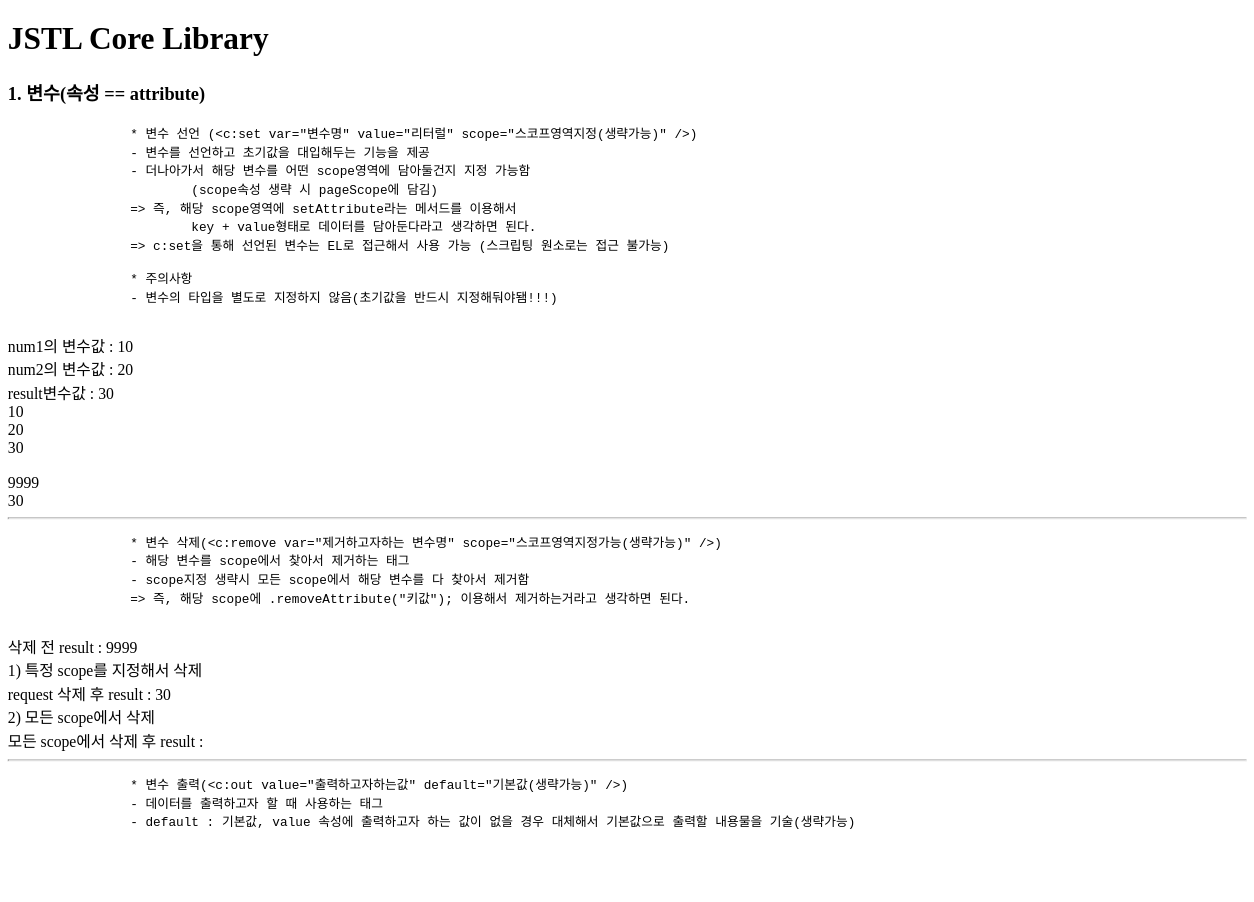
Repository: DonghwanSon1/ajax-jsp-study
Page: http://localhost/ActionProject/views/3_CustomAction/01_core.jsp
An editor plug-in stored every save of this project. The page is shown before and after the next save, followed by the edit.
The browser window is 1280 px wide. The pictures show the whole page, at 98% of full size.
The page is served by Tomcat 9. Other server files are loaded and not shown.

Above is the page before, as saved 2022-07-12 06:50:23.

### ActionProject/WebContent/views/3_CustomAction/01_core.jsp
<%@ page language="java" contentType="text/html; charset=UTF-8"
    pageEncoding="UTF-8"%>
<%@ taglib prefix="c" uri="http://java.sun.com/jsp/jstl/core" %>
<!DOCTYPE html>
<html>
<head>
<meta charset="UTF-8">
<title>정말 중요한 core 페이지</title>
</head>
<body>


	<h1>JSTL Core Library</h1>

	<h3>1. 변수(속성 == attribute)</h3>

	<pre>
		* 변수 선언 (&lt;c:set var="변수명" value="리터럴" scope="스코프영역지정(생략가능)" /&gt;)
		- 변수를 선언하고 초기값을 대입해두는 기능을 제공
		- 더나아가서 해당 변수를 어떤 scope영역에 담아둘건지 지정 가능함
			(scope속성 생략 시 pageScope에 담김)
		=> 즉, 해당 scope영역에 setAttribute라는 메서드를 이용해서
			key + value형태로 데이터를 담아둔다라고 생각하면 된다.
		=> c:set을 통해 선언된 변수는 EL로 접근해서 사용 가능 (스크립팅 원소로는 접근 불가능)

		* 주의사항
		- 변수의 타입을 별도로 지정하지 않음(초기값을 반드시 지정해둬야됌!!!)
	</pre>

	<c:set var="num1" value="10"></c:set> <!-- pageScope에 담김 pageContext.setAttribute("num1", "10"); -->
	<c:set var="num2" value="20" scope="request"></c:set> <!-- requestScope에 담김 request.setAttribute("num2", "20"); -->

	num1의 변수값 : ${ num1 } <br>
	num2의 변수값 : ${ num2 } <br>

	<c:set var="result" value="${ num1 + num2 }" scope="session"></c:set>

	result변수값 : ${ result } <br>

	<!--
		변수명만 제시하면 공유범위가 작은 곳에서부터 찾음
		: 티가 나지는 않지만 속도가 느려질수도 있다.(스코프영역.변수명 을 권장)
	 -->

	${ pageScope.num1 } <br>
	${ requestScope.num2 } <br>
	${ sessionScope.result } <br><br>

	<c:set var="result" scope="request"	>9999</c:set>
	<!-- value속성 말고 시작태그와 종료태그 사이에도 대입할 값을 기술 가능 -->

	${ requestScope.result } <br>
	${ sessionScope.result } <br>

	<hr>

	<pre>
		* 변수 삭제(&lt;c:remove var="제거하고자하는 변수명" scope="스코프영역지정가능(생략가능)" /&gt;)
		- 해당 변수를 scope에서 찾아서 제거하는 태그
		- scope지정 생략시 모든 scope에서 해당 변수를 다 찾아서 제거함
		=> 즉, 해당 scope에 .removeAttribute("키값"); 이용해서 제거하는거라고 생각하면 된다.
	</pre>

	삭제 전 result : ${ result } <br>
	1) 특정 scope를 지정해서 삭제 <br>
	<c:remove var="result" scope="request" />

	request 삭제 후 result : ${ result } <br>

	2) 모든 scope에서 삭제 <br>
	<c:remove var="result" />
	모든 scope에서 삭제 후 result : ${ result } <br>

	<hr>

	<pre>
		* 변수 출력(&lt;c:out value="출력하고자하는값" default="기본값(생략가능)" /&gt;)
		- 데이터를 출력하고자 할 때 사용하는 태그
		- default : 기본값, value 속성에 출력하고자 하는 값이 없을 경우 대체해서 기본값으로 출력할 내용물을 기술(생략가능)



	</pre>











</body>
</html>

After the next save:
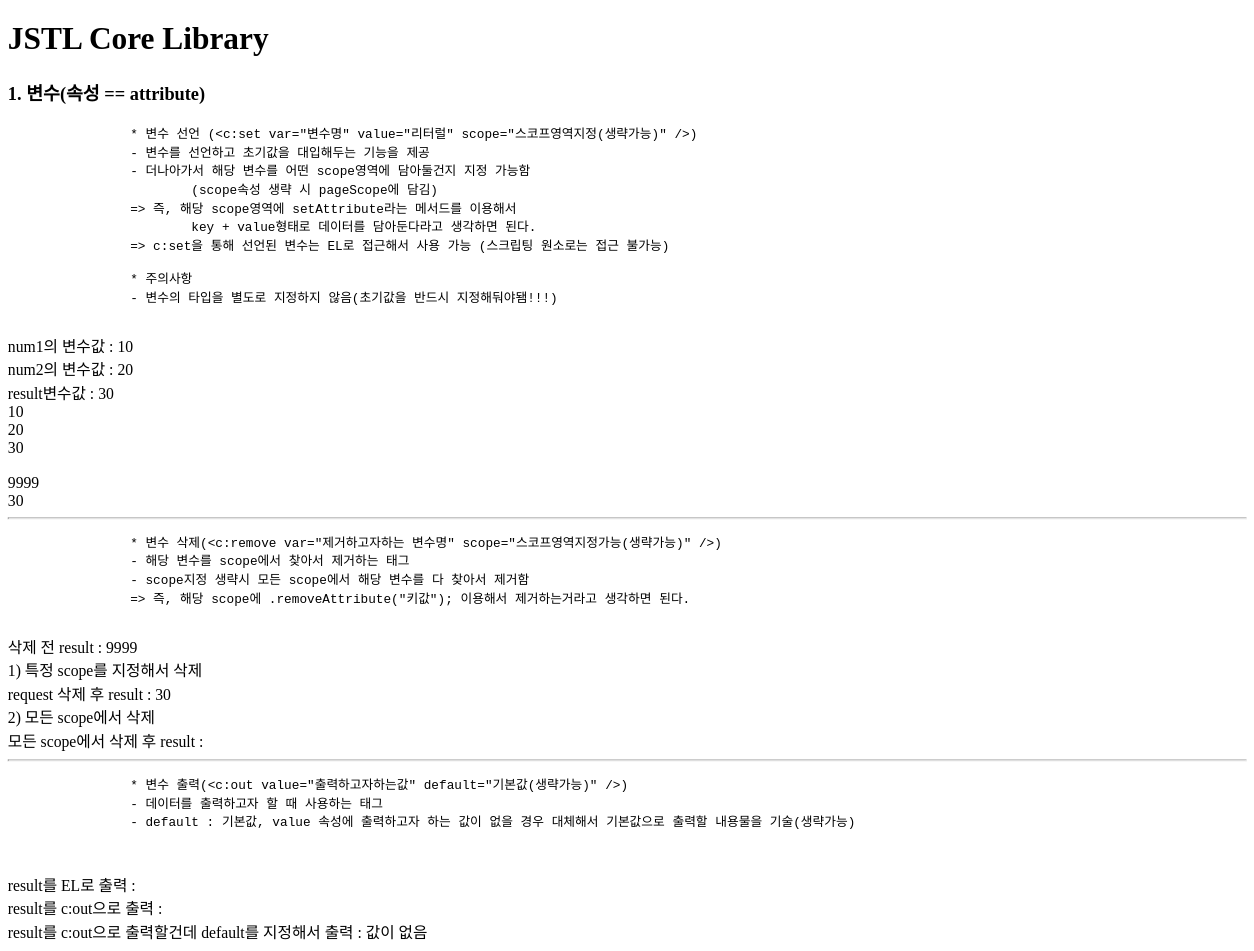
Saved 107 s later.
--- a/ActionProject/WebContent/views/3_CustomAction/01_core.jsp
+++ b/ActionProject/WebContent/views/3_CustomAction/01_core.jsp
@@ -78,10 +78,11 @@
 		- 데이터를 출력하고자 할 때 사용하는 태그
 		- default : 기본값, value 속성에 출력하고자 하는 값이 없을 경우 대체해서 기본값으로 출력할 내용물을 기술(생략가능)
 
-
-
 	</pre>
 
+	result를 EL로 출력 : ${ result } <br>
+	result를 c:out으로 출력 : <c:out value="${ result }" /> <br>
+	result를 c:out으로 출력할건데 default를 지정해서 출력 : <c:out value="${ result }" default="값이 없음" /> <br>
 
 
 
